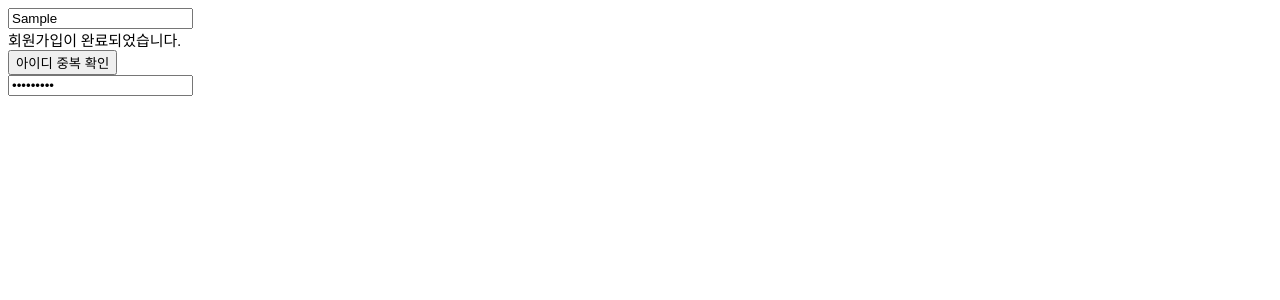
Repository: kimeuiyeob/KOPO_JSP_Study_2
Page: http://localhost/JspStudy/Ajax.jsp
An editor plug-in stored every save of this project. The page is shown before and after the next save, followed by the edit.
The browser window is 1280 px wide. The pictures show the whole page.
Empty fields were first filled with sample values (such as "Sample", 5 or name@example.com).
After loading, the first visible `#goAjax` was clicked once.
The page is served by Tomcat 9. Queries for data that is not in the repository find no rows.

Above is the page before, as saved 2023-06-21 00:04:48.

After the next save:
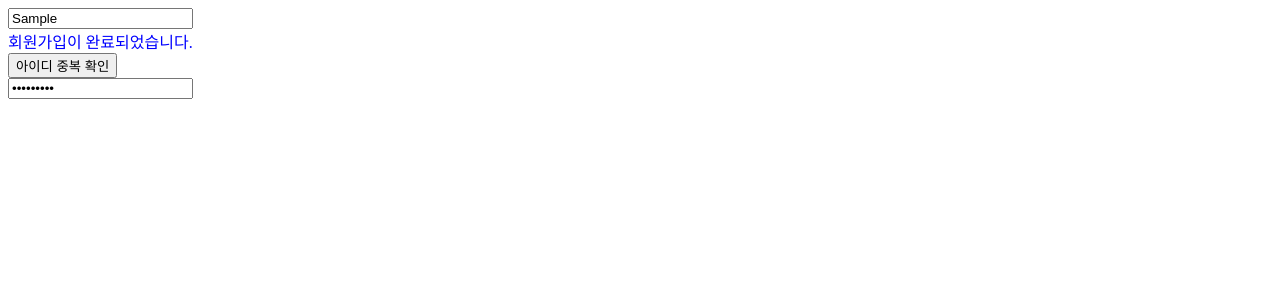
Saved 49 s later.
--- a/JspStudy/src/main/webapp/Ajax.jsp
+++ b/JspStudy/src/main/webapp/Ajax.jsp
@@ -27,7 +27,7 @@
 				success : function(result) {
 					console.log("AJAX 성공");
 					$('#msg').html(result);
-					$('#msg').css("font-size","15px");
+					$('#msg').css("color","blue");
 				},
 				error : function(request, status, error) {
 					console.log("AJAX 실패");
